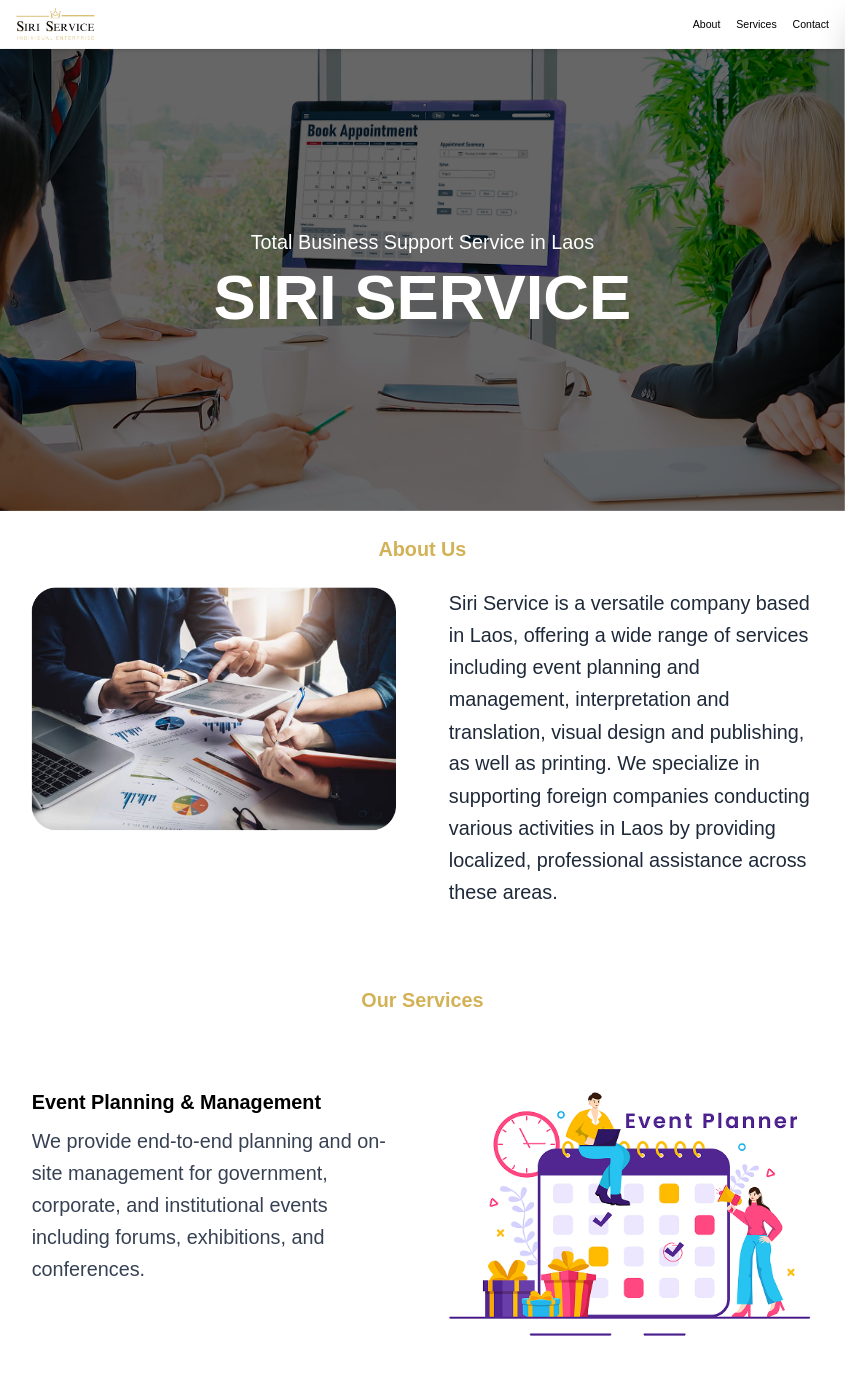
Repository: Phailin-teamplate/siri-service-web
Page: /
The author's editor kept a copy of each file at every save. The page is drawn from the files as they stood at one save, then again after the next save.
The browser window is 1280 px wide. The pictures show the whole page, at 66% of full size.
The project was rebuilt for these pictures with package versions that can differ from the ones it lists, and the page was loaded fresh each time. The framework's server and built-in components were replaced by stand-ins that run in the browser. Also part of the build but not shown: next.config.ts.

Above is the page before, as saved 2025-07-02 14:46:53.

After the next save:
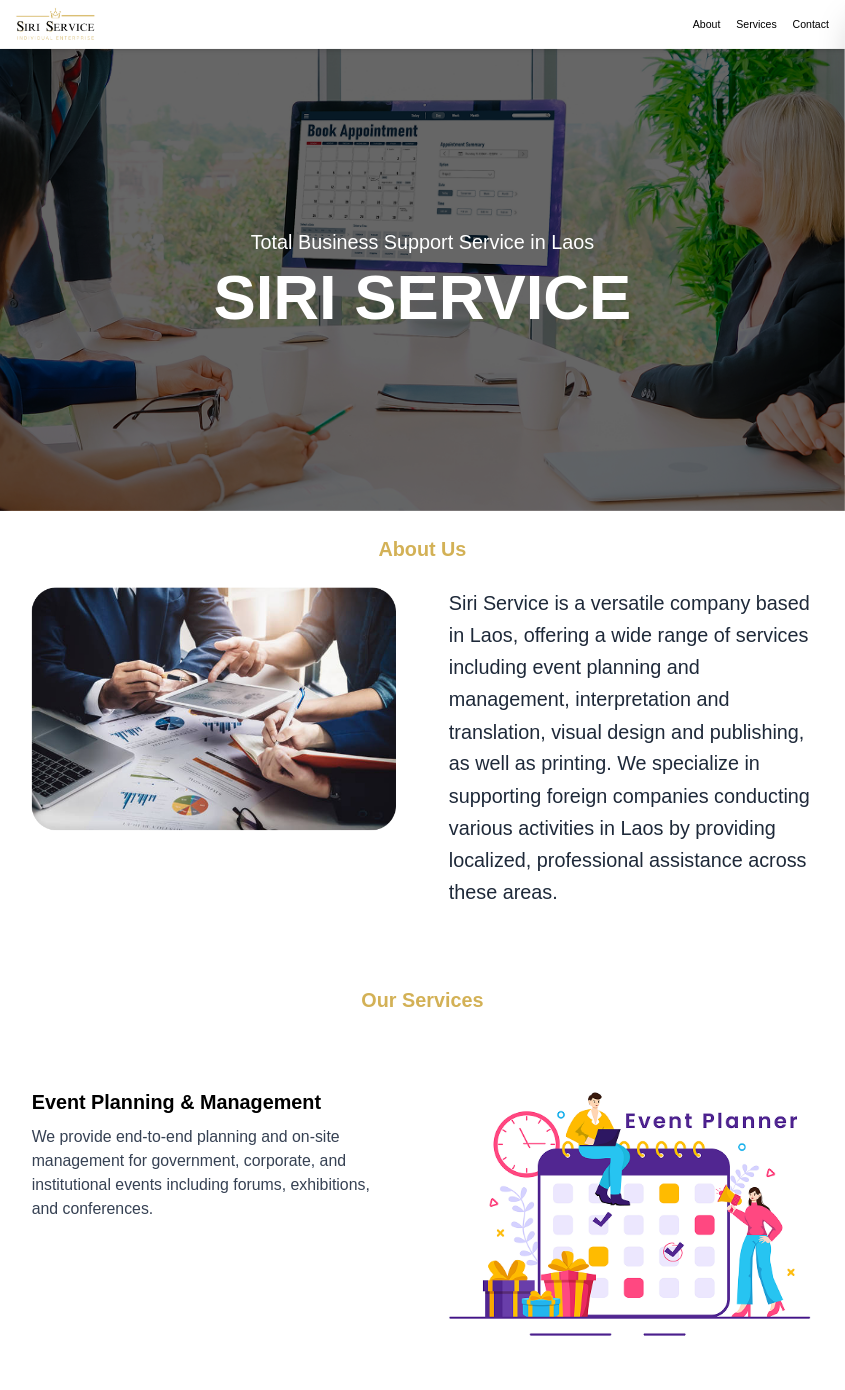
Saved 86 s later.
--- a/src/components/Service.tsx
+++ b/src/components/Service.tsx
@@ -27,11 +27,12 @@
           <h1 className="text-black text-3xl sm:text-3xl font-semibold mb-4">
             Event Planning & Management
           </h1>
-          <p className="text-gray-700 text-3xl font-medium leading-relaxed">
-            We provide end-to-end planning and on-site management for
-            government, corporate, and institutional events including forums,
-            exhibitions, and conferences.
-          </p>
+         <p className="text-gray-700 text-2xl font-medium leading-normal max-w-[680px]">
+  We provide end-to-end planning and on-site management for
+  government, corporate, and institutional events including forums,
+  exhibitions, and conferences.
+</p>
+
         </div>
         {/* Image */}
         <div className="w-full max-w-[570px] ">

After the save that followed:
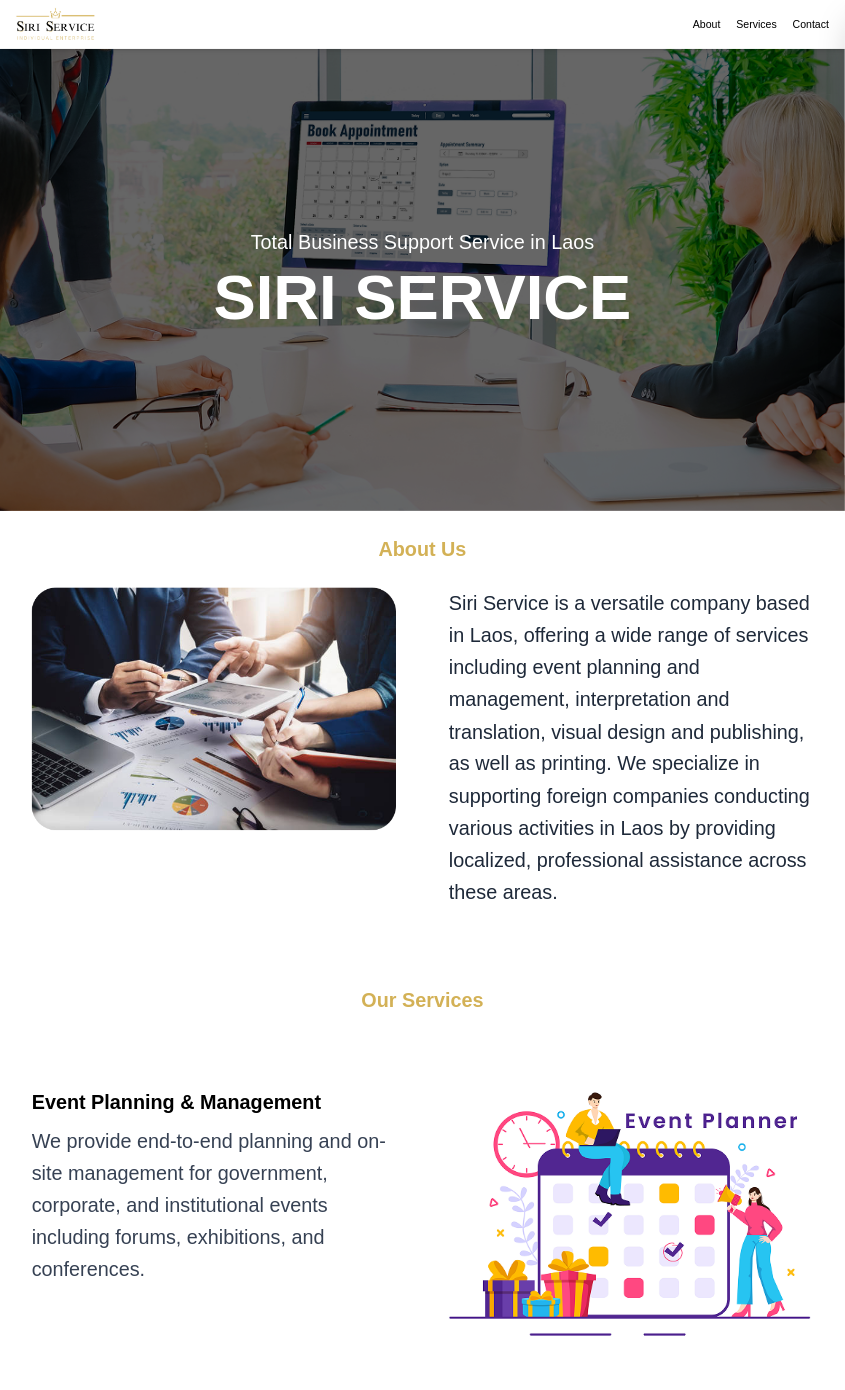
Saved 32 s later.
--- a/src/components/Service.tsx
+++ b/src/components/Service.tsx
@@ -27,7 +27,7 @@
           <h1 className="text-black text-3xl sm:text-3xl font-semibold mb-4">
             Event Planning & Management
           </h1>
-         <p className="text-gray-700 text-2xl font-medium leading-normal max-w-[680px]">
+       <p className="text-gray-700 text-3xl font-medium leading-relaxed line-clamp-5">
   We provide end-to-end planning and on-site management for
   government, corporate, and institutional events including forums,
   exhibitions, and conferences.
